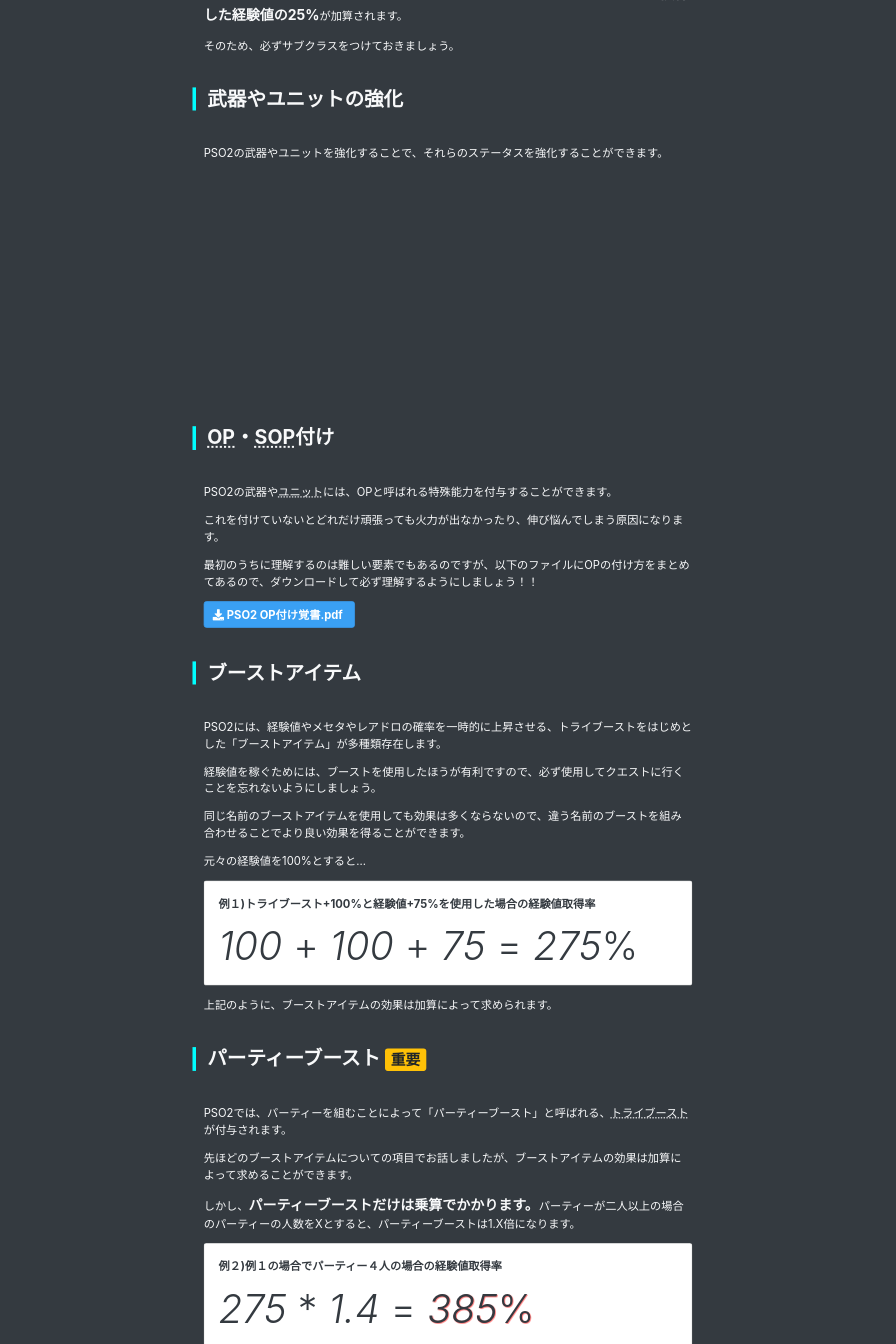
Repository: milkyahonpo/Website_source
Page: docs/capture.html
An editor plug-in stored every save of this project. The page is shown before and after the next save, followed by the edit.
The browser window is 1280 px wide. The pictures show the part of the page from y = 2957 to 4877 px (the page is 10200 px tall before and 10240 px after), at 70% of full size.
Pictures or frames that could not be fetched are drawn as grey boxes. Some web libraries are served in a nearby version.

Above is the page before, as saved 2020-02-03 09:55:42.

After the next save:
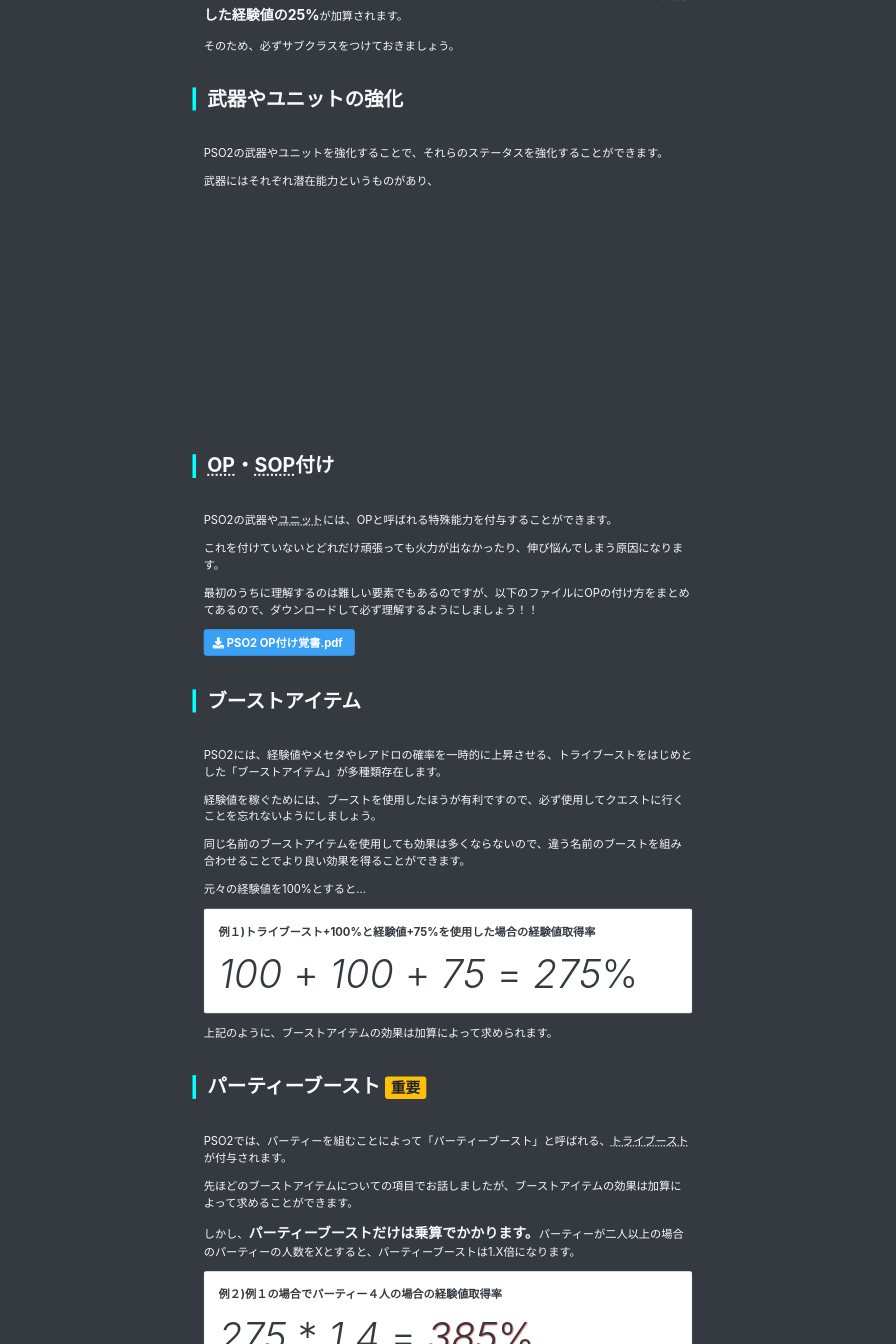
Saved 34 s later.
--- a/docs/capture.html
+++ b/docs/capture.html
@@ -111,7 +111,7 @@
           <h3 class="my-5 pl-3"><strong class="font-weight-bold">武器やユニットの強化</strong></h3>
           <div class="px-3">
             <p>PSO2の武器やユニットを強化することで、それらのステータスを強化することができます。</p>
-            <p></p>
+            <p>武器にはそれぞれ潜在能力というものがあり、</p>
             <div class="movie-box">
               <iframe width="560" height="315" src="https://www.youtube-nocookie.com/embed/dSWcW5Sa8bw" frameborder="0" allow="accelerometer; autoplay; encrypted-media; gyroscope; picture-in-picture" allowfullscreen></iframe>
             </div>
